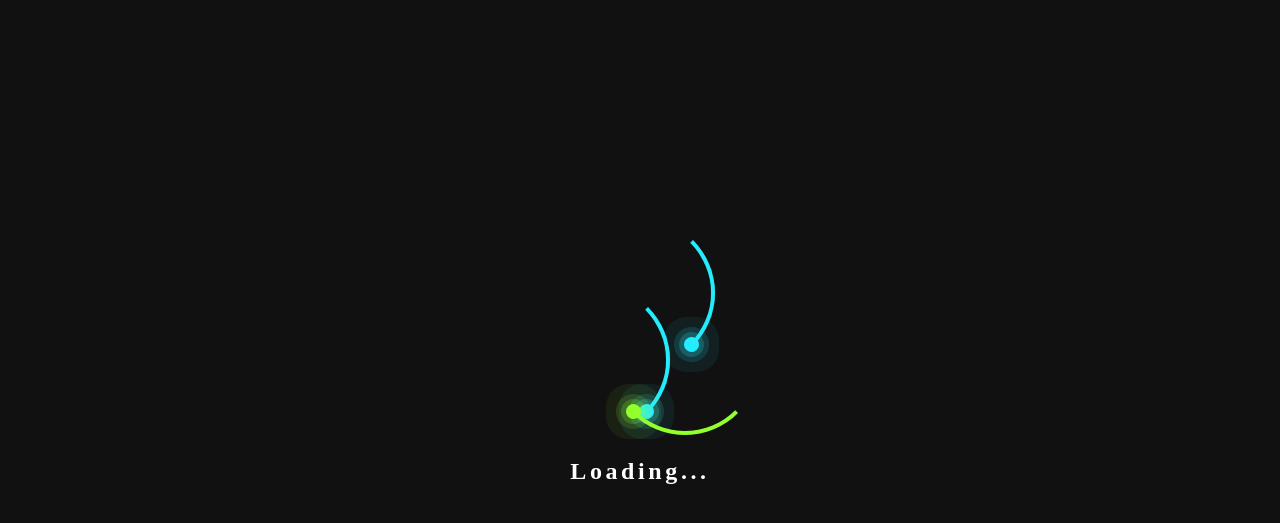
Repository: kiranjeetkaur01/csseffect.github.io
Page: index.html
The author's editor kept a copy of each file at every save. The page is drawn from the files as they stood at one save, then again after a run of saves.
The browser window is 1280 px wide. The pictures show the whole page.

Above is the page before, as saved 2023-09-08 12:54:31.

After the next 2 saves:
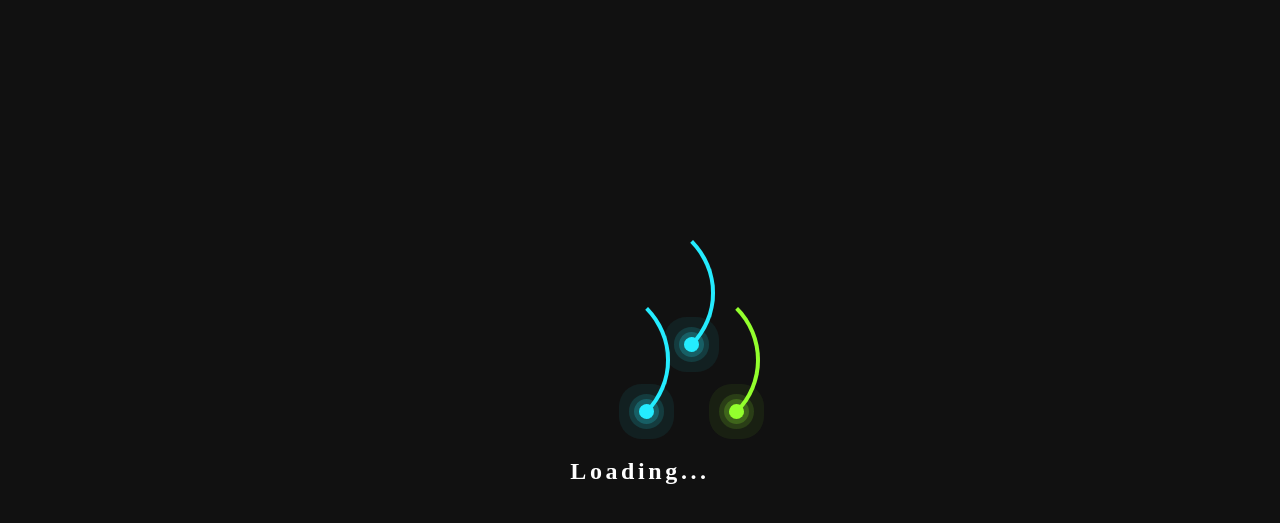
The 2 saves are shown as one change because they came seconds apart.
The last was saved 6 s later.
--- a/style.css
+++ b/style.css
@@ -56,7 +56,7 @@
 }
 .container .ring:nth-child(2){
 animation: animate2 4s linear infinite;
-animation-delay: ;
+animation-delay: -1s;
 border-left: 4px solid #93ff2d;
 border-top: 4px solid transparent ;
 }

After the 2 saves that followed:
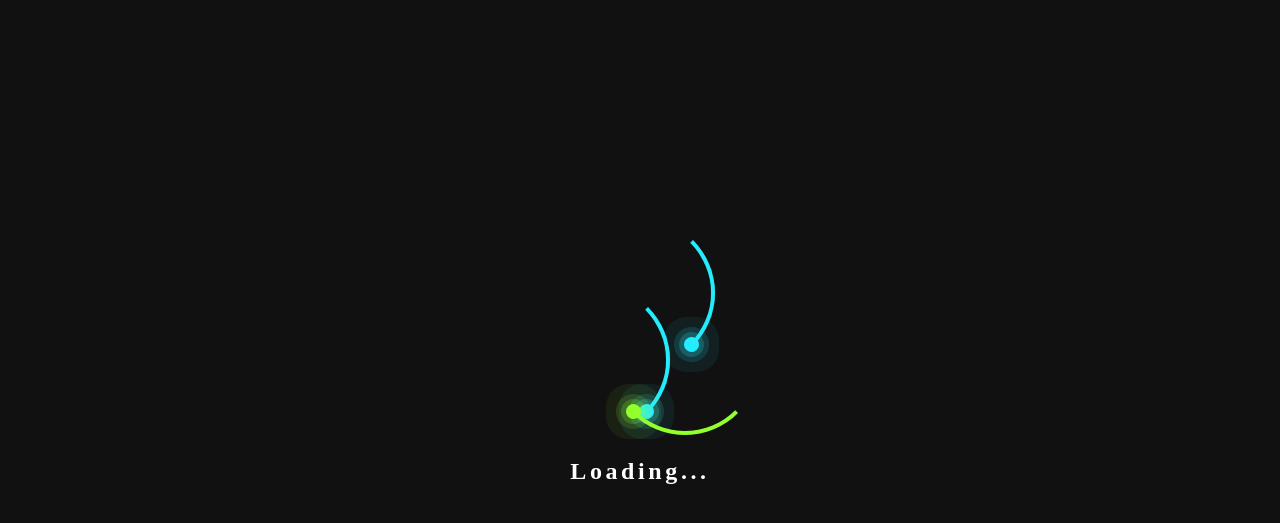
The 2 saves are shown as one change because 1 left the picture as it was.
The last was saved 25 s later.
--- a/style.css
+++ b/style.css
@@ -56,13 +56,14 @@
 }
 .container .ring:nth-child(2){
 animation: animate2 4s linear infinite;
-animation-delay: -1s;
+/* animation-delay: -1s; */
 border-left: 4px solid #93ff2d;
 border-top: 4px solid transparent ;
 }
 .container .ring:nth-child(2)::before{
     position: absolute;
     content: "";
+
     bottom: 12px;
     left: 12px;
     border-radius: 50%;
